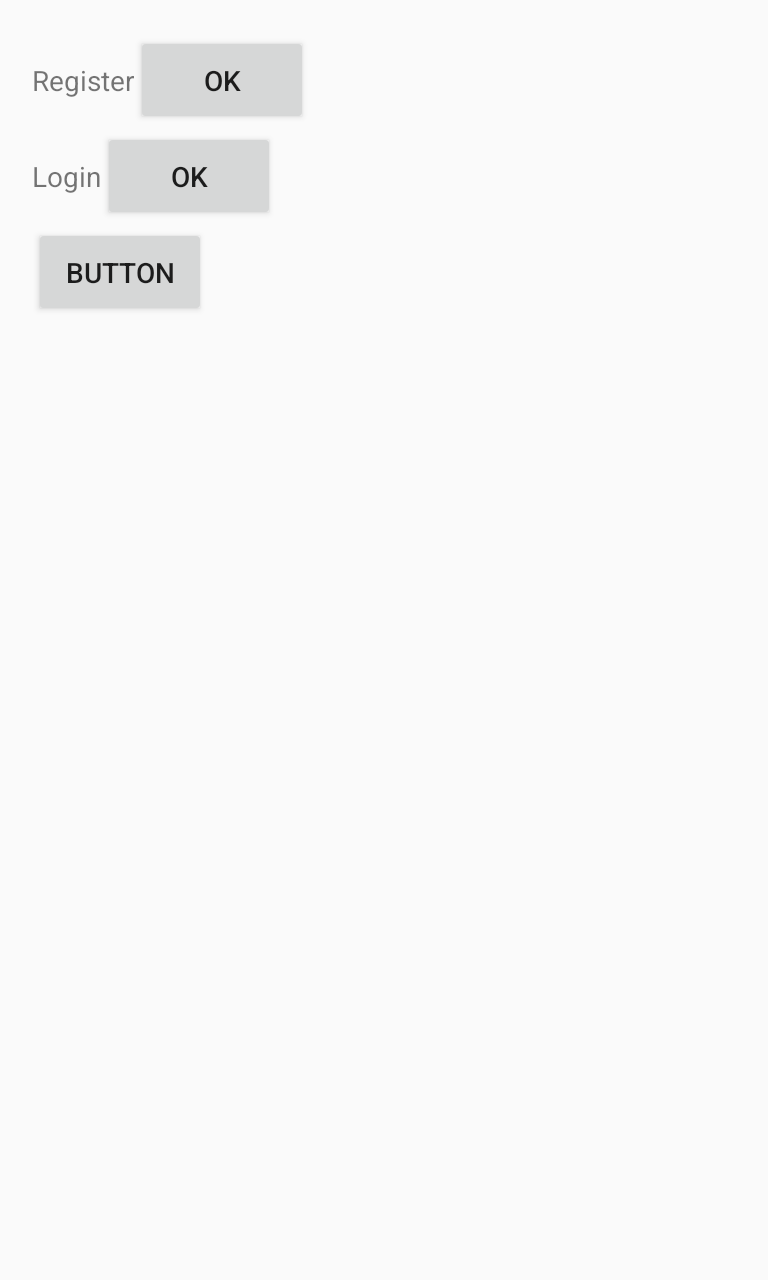
Repository: shivamgeek/Android-Code-Examples
Layout: Register/res/layout/activity_reg_log.xml
These files come from the project's save history. The layout is drawn as it stood at one moment and after the next save; the edit follows.
It is drawn on a 768 x 1280 px phone screen (xhdpi) without system bars, with theme AppTheme; the app's code is not run.

Above is the layout before, as saved 2015-07-30 13:19:00.

After the next save:
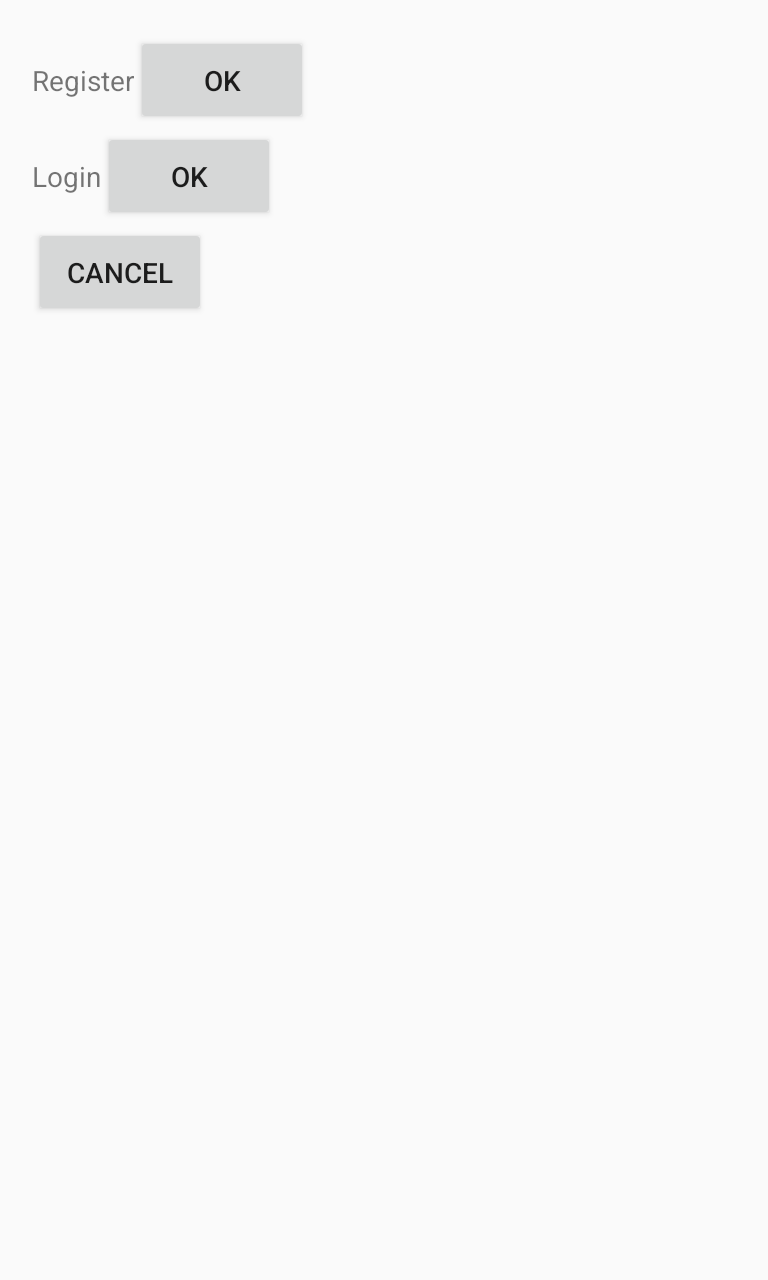
Saved 15 s later.
--- a/Register/res/layout/activity_reg_log.xml
+++ b/Register/res/layout/activity_reg_log.xml
@@ -54,6 +54,6 @@
         android:id="@+id/button3"
         android:layout_width="wrap_content"
         android:layout_height="wrap_content"
-        android:text="Button" />
+        android:text="Cancel" />
 
 </LinearLayout>
